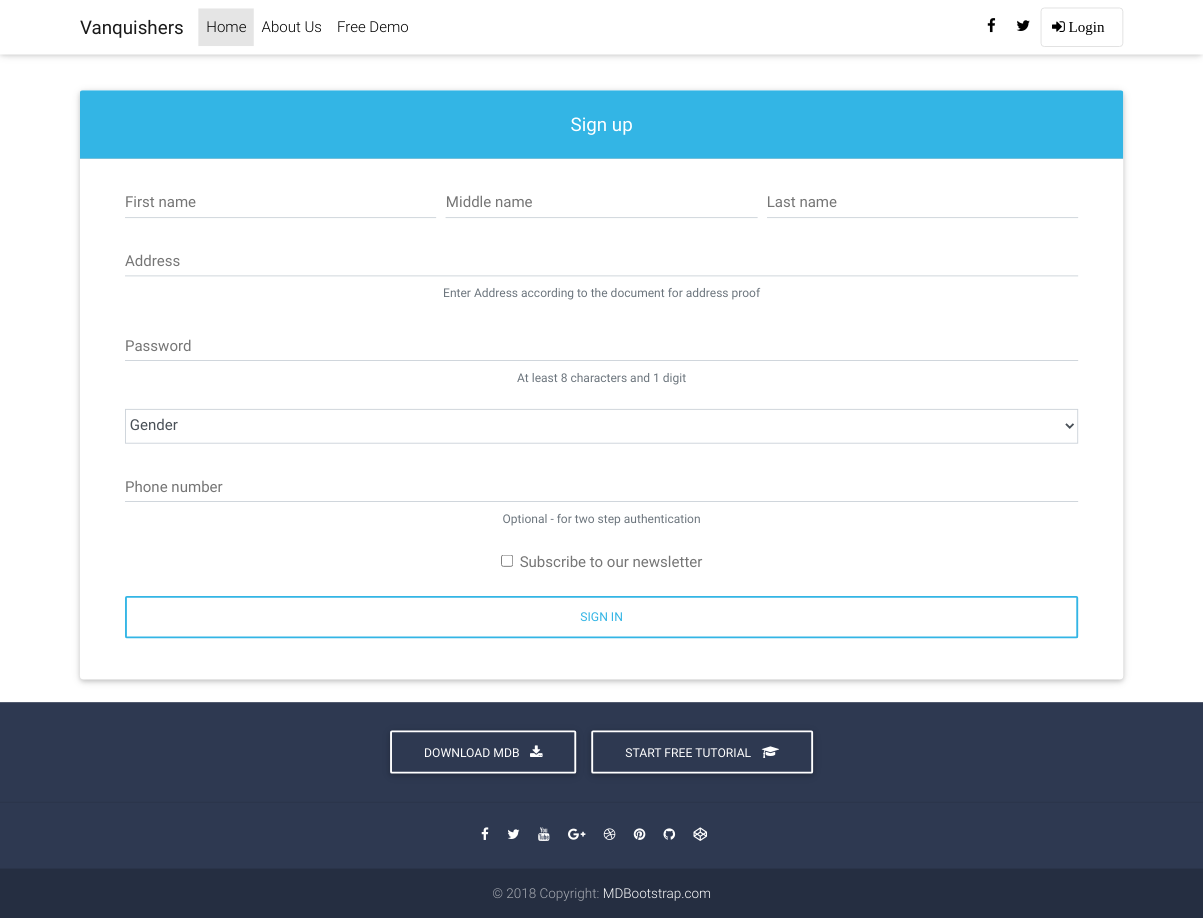
Repository: KJSCEhack/KJSCE_Vanquishers
Page: http://localhost/demo.php
These files come from the project's save history. The page is drawn as it stood at one moment and after the next save; the edit follows.
The browser window is 1280 px wide. The pictures show the whole page, at 94% of full size.
The page is run by PHP 8.4 with error messages shown; the project is at /var/www/html/.

Above is the page before, as saved 2018-10-06 09:27:26.
Console error: TypeError: $(...).material_select is not a function

### demo.php
<?php
$hostname="localhost";
$dbname="kjsce_hackathon";
$Username="root";
$Password="qweasdzxc";

$conn = mysqli_connect($hostname,$Username,$Password,$dbname);

if(!$conn)
{
    die("connection failed:" .mysqli_connect_error());

}
mysqli_close($conn);

?>
<!DOCTYPE html>
<html lang="en">

<head>
    <meta charset="utf-8">
    <meta name="viewport" content="width=device-width, initial-scale=1, shrink-to-fit=no">
    <meta http-equiv="x-ua-compatible" content="ie=edge">
    <title>Material Design Bootstrap</title>
    <!-- Font Awesome -->
    <link rel="stylesheet" href="https://maxcdn.bootstrapcdn.com/font-awesome/4.7.0/css/font-awesome.min.css">
    <!-- Bootstrap core CSS -->
    <link href="css/bootstrap.min.css" rel="stylesheet">
    <!-- Material Design Bootstrap -->
    <link href="css/mdb.min.css" rel="stylesheet">
    <!-- Your custom styles (optional) -->
    <link href="css/style.min.css" rel="stylesheet">
</head>

<body>

    <!--Main Navigation-->
    <header>

        <!-- Navbar -->
        <nav class="navbar fixed-top navbar-expand-lg navbar-light white scrolling-navbar">
            <div class="container">

                <!-- Brand -->
      <a class="navbar-brand" href="https://mdbootstrap.com/material-design-for-bootstrap/" target="_blank">
        <strong>Vanquishers</strong>
      </a>

      <!-- Collapse -->
      <button class="navbar-toggler" type="button" data-toggle="collapse" data-target="#navbarSupportedContent" aria-controls="navbarSupportedContent"
        aria-expanded="false" aria-label="Toggle navigation">
        <span class="navbar-toggler-icon"></span>
      </button>

      <!-- Links -->
      <div class="collapse navbar-collapse" id="navbarSupportedContent">

        <!-- Left -->
        <ul class="navbar-nav mr-auto">
          <li class="nav-item active">
            <a class="nav-link" href="#">Home
              <span class="sr-only">(current)</span>
            </a>
          </li>
          <li class="nav-item">
            <a class="nav-link" href="https://mdbootstrap.com/material-design-for-bootstrap/" target="_blank">About Us</a>
          </li>
          <li class="nav-item">
            <a class="nav-link" href="https://mdbootstrap.com/getting-started/" target="_blank">Free Demo</a>
          </li>
        </ul>

        <!-- Right -->
        <ul class="navbar-nav nav-flex-icons">
          <li class="nav-item">
            <a href="https://www.facebook.com/mdbootstrap" class="nav-link" target="_blank">
              <i class="fa fa-facebook"></i>
            </a>
          </li>
          <li class="nav-item">
            <a href="https://twitter.com/MDBootstrap" class="nav-link" target="_blank">
              <i class="fa fa-twitter"></i>
            </a>
          </li>
          <li class="nav-item">
            <a href="login_page.html" class="nav-link border border-light rounded"
              target="_blank">
              <i class="fa fa-sign-in mr-2">           Login</i>
            </a>
          </li>
        </ul>

      </div>

            </div>
        </nav>
        <!-- Navbar -->

    </header>
    <!--Main Navigation-->

    <!--Main layout-->
    <main class="mt-5 pt-5">
        <div class="container">
            <!-- Material form register -->
            <div class="card">

            <h5 class="card-header info-color white-text text-center py-4">
                <strong>Sign up</strong>
            </h5>

            <!--Card content-->
            <div class="card-body px-lg-5 pt-0">

                <!-- Form -->
                <form class="text-center" style="color: #757575;">

                    <div class="form-row">
                        <div class="col">
                            <!-- First name -->
                            <div class="md-form">
                                <input type="text" id="materialRegisterFormFirstName" class="form-control">
                                <label for="materialRegisterFormFirstName">First name</label>
                            </div>
                        </div>
                        <div class="col">
                            <!-- Last name -->
                            <div class="md-form">
                                <input type="text" id="materialRegisterFormMiddleName" class="form-control">
                                <label for="materialRegisterFormMiddleName">Middle name</label>
                            </div>
                        </div>
                        <div class="col">
                            <!-- Last name -->
                            <div class="md-form">
                                <input type="text" id="materialRegisterFormLastName" class="form-control">
                                <label for="materialRegisterFormLastName">Last name</label>
                            </div>
                        </div>
                    </div>

                    <!-- Address -->
                    <div class="md-form mt-0">
                        <input type="text" id="materialRegisterFormAddress" class="form-control">
                        <label for="materialRegisterFormAddress">Address</label>
                        <small id="materialRegisterFormPasswordHelpBlock" class="form-text text-muted mb-4">
                            Enter Address according to the document for address proof
                        </small>
                    </div>

                    <!-- Password -->
                    <div class="md-form">
                        <input type="password" id="materialRegisterFormPassword" class="form-control" aria-describedby="materialRegisterFormPasswordHelpBlock">
                        <label for="materialRegisterFormPassword">Password</label>
                        <small id="materialRegisterFormPasswordHelpBlock" class="form-text text-muted mb-4">
                            At least 8 characters and 1 digit
                        </small>
                    </div>

                    <div class="md-form">
                        <select id="materialRegisterFormGender" class="form-control mdb-select md-form colorful-select dropdown-primary">
                            <option value="" disabled selected>Gender</option>
                            <option value="M">Male</option>
                            <option value="F">Female</option>
                            <option value="O">Other</option>
                        </select>
                    </div>

                    <!-- Phone number -->
                    <div class="md-form">
                        <input type="password" id="materialRegisterFormPhone" class="form-control" aria-describedby="materialRegisterFormPhoneHelpBlock">
                        <label for="materialRegisterFormPhone">Phone number</label>
                        <small id="materialRegisterFormPhoneHelpBlock" class="form-text text-muted mb-4">
                            Optional - for two step authentication
                        </small>
                    </div>

                    <!-- Newsletter -->
                    <div class="form-check">
                        <input type="checkbox" class="form-check-input" id="materialRegisterFormNewsletter">
                        <label class="form-check-label" for="materialRegisterFormNewsletter">Subscribe to our newsletter</label>
                    </div>

                    <!-- Sign up button -->
                    <button class="btn btn-outline-info btn-rounded btn-block my-4 waves-effect z-depth-0" type="submit">Sign in</button>

                </form>
                <!-- Form -->

            </div>

            </div>
            <!-- Material form register -->
        </div>
    </main>
    <!--Footer-->
    <footer class="page-footer text-center font-small mdb-color darken-2 mt-4 wow fadeIn">

        <!--Call to action-->
        <div class="pt-4">
            <a class="btn btn-outline-white" href="https://mdbootstrap.com/getting-started/" target="_blank" role="button">Download MDB
                <i class="fa fa-download ml-2"></i>
            </a>
            <a class="btn btn-outline-white" href="https://mdbootstrap.com/bootstrap-tutorial/" target="_blank" role="button">Start free tutorial
                <i class="fa fa-graduation-cap ml-2"></i>
            </a>
        </div>
        <!--/.Call to action-->

        <hr class="my-4">

        <!-- Social icons -->
        <div class="pb-4">
            <a href="https://www.facebook.com/mdbootstrap" target="_blank">
                <i class="fa fa-facebook mr-3"></i>
            </a>

            <a href="https://twitter.com/MDBootstrap" target="_blank">
                <i class="fa fa-twitter mr-3"></i>
            </a>

            <a href="https://www.youtube.com/watch?v=7MUISDJ5ZZ4" target="_blank">
                <i class="fa fa-youtube mr-3"></i>
            </a>

            <a href="https://plus.google.com/u/0/b/107863090883699620484" target="_blank">
                <i class="fa fa-google-plus mr-3"></i>
            </a>

            <a href="https://dribbble.com/mdbootstrap" target="_blank">
                <i class="fa fa-dribbble mr-3"></i>
            </a>

            <a href="https://pinterest.com/mdbootstrap" target="_blank">
                <i class="fa fa-pinterest mr-3"></i>
            </a>

            <a href="https://github.com/mdbootstrap/bootstrap-material-design" target="_blank">
                <i class="fa fa-github mr-3"></i>
            </a>

            <a href="http://codepen.io/mdbootstrap/" target="_blank">
                <i class="fa fa-codepen mr-3"></i>
            </a>
        </div>
        <!-- Social icons -->

        <!--Copyright-->
        <div class="footer-copyright py-3">
            © 2018 Copyright:
            <a href="https://mdbootstrap.com/bootstrap-tutorial/" target="_blank"> MDBootstrap.com </a>
        </div>
        <!--/.Copyright-->

    </footer>
    <!--/.Footer-->

    <!-- SCRIPTS -->
    <!-- JQuery -->
    <script type="text/javascript" src="js/jquery-3.3.1.min.js"></script>
    <!-- Bootstrap tooltips -->
    <script type="text/javascript" src="js/popper.min.js"></script>
    <!-- Bootstrap core JavaScript -->
    <script type="text/javascript" src="js/bootstrap.min.js"></script>
    <!-- MDB core JavaScript -->
    <script type="text/javascript" src="js/mdb.min.js"></script>
    <!-- Initializations -->
    <script type="text/javascript">
        // Animations initialization
        new WOW().init();
        // Material Select Initialization
        $(document).ready(function() {
            $('.mdb-select').material_select();
        });
    </script>
</body>

</html>

Loaded but not shown: css/bootstrap.min.css (library); css/mdb.min.css (library); css/style.min.css (common file); js/jquery-3.3.1.min.js (library); js/popper.min.js (library); js/bootstrap.min.js (library); js/mdb.min.js (library)

After the next save:
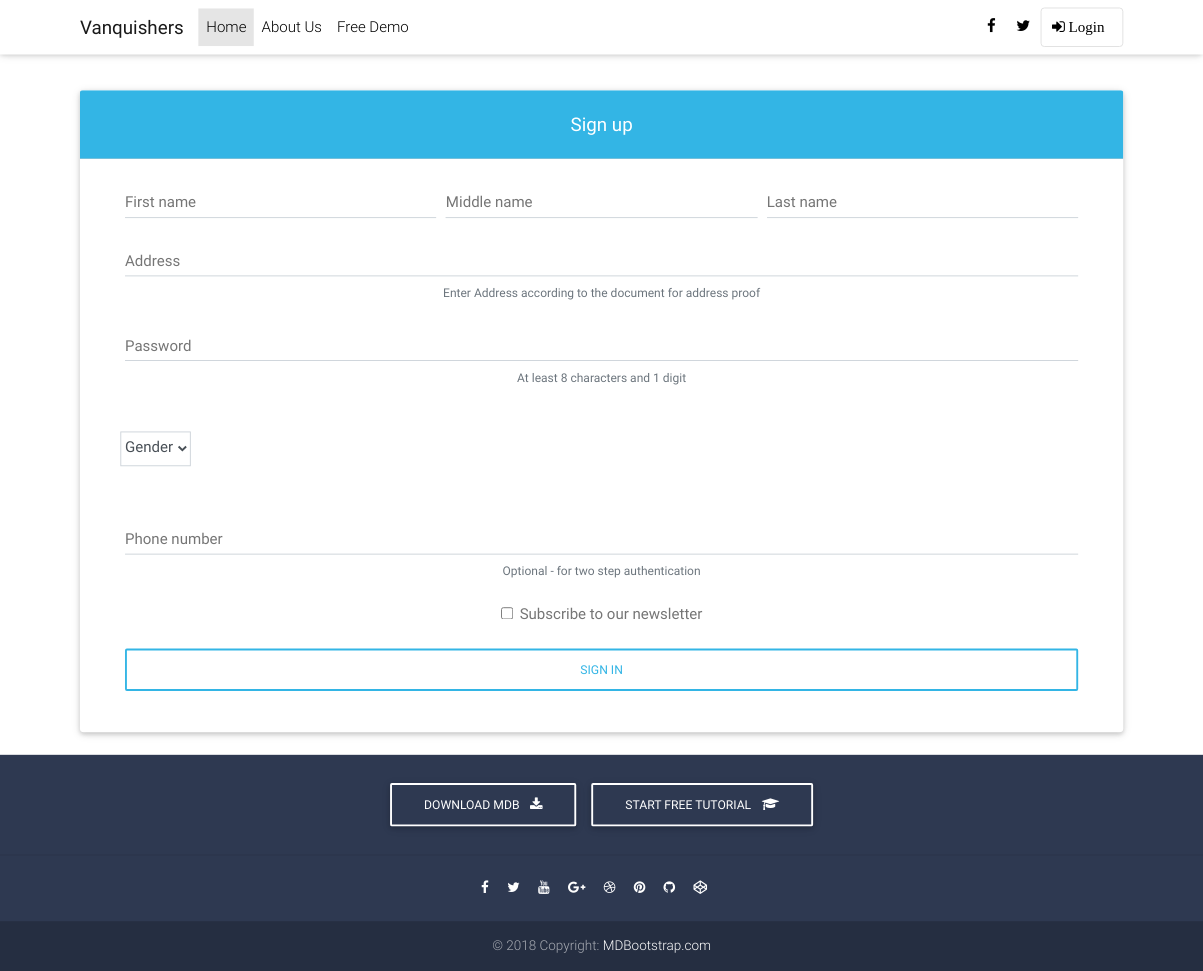
Saved 98 s later.
--- a/demo.php
+++ b/demo.php
@@ -157,13 +157,15 @@ mysqli_close($conn);
                         </small>
                     </div>
 
-                    <div class="md-form">
-                        <select id="materialRegisterFormGender" class="form-control mdb-select md-form colorful-select dropdown-primary">
-                            <option value="" disabled selected>Gender</option>
-                            <option value="M">Male</option>
-                            <option value="F">Female</option>
-                            <option value="O">Other</option>
-                        </select>
+                    <div class="form-row">
+                        <div class="md-form">
+                            <select id="materialRegisterFormGender" class="form-control mdb-select md-form colorful-select dropdown-primary">
+                                <option value="" disabled selected>Gender</option>
+                                <option value="M">Male</option>
+                                <option value="F">Female</option>
+                                <option value="O">Other</option>
+                            </select>
+                        </div>
                     </div>
 
                     <!-- Phone number -->
